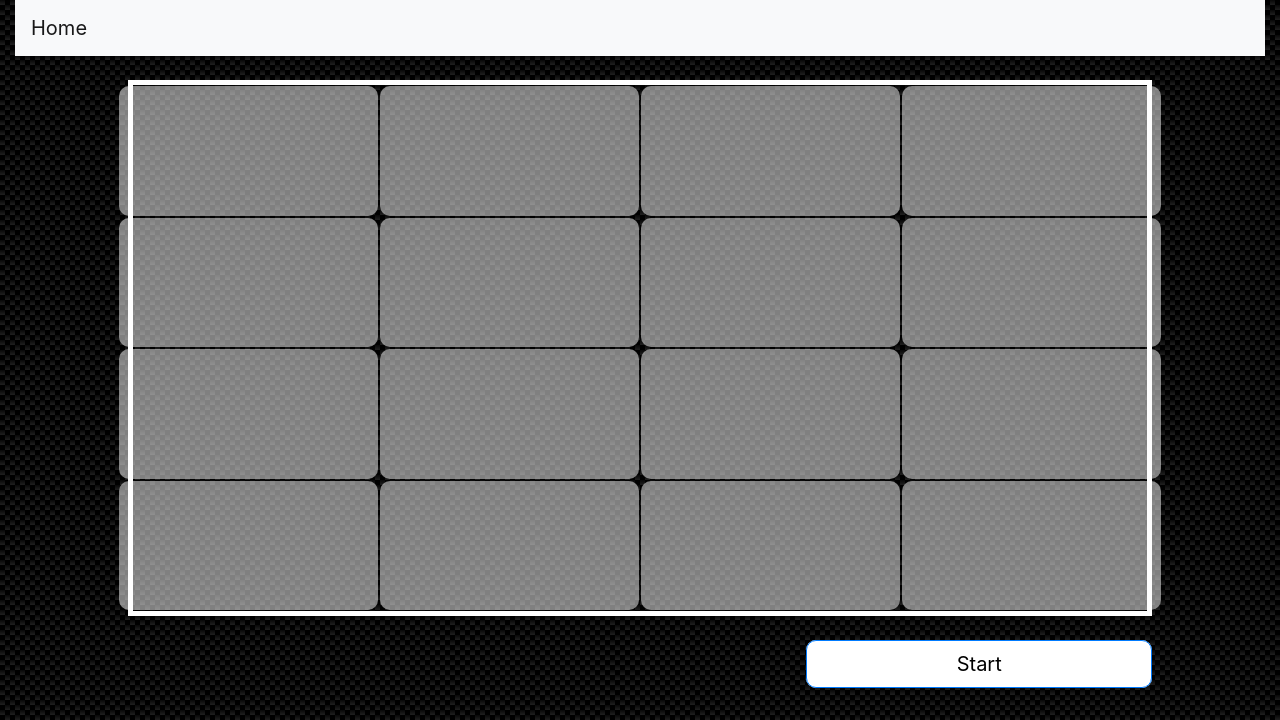
Repository: chrisrees85/memory-block
Page: medium.html
The author's editor kept a record of every edit. The page is drawn from the files as they stood at one moment, then again after the next edit.
The browser window is 1280 px wide. The pictures show the whole page.

Above is the page before.

After the next edit:
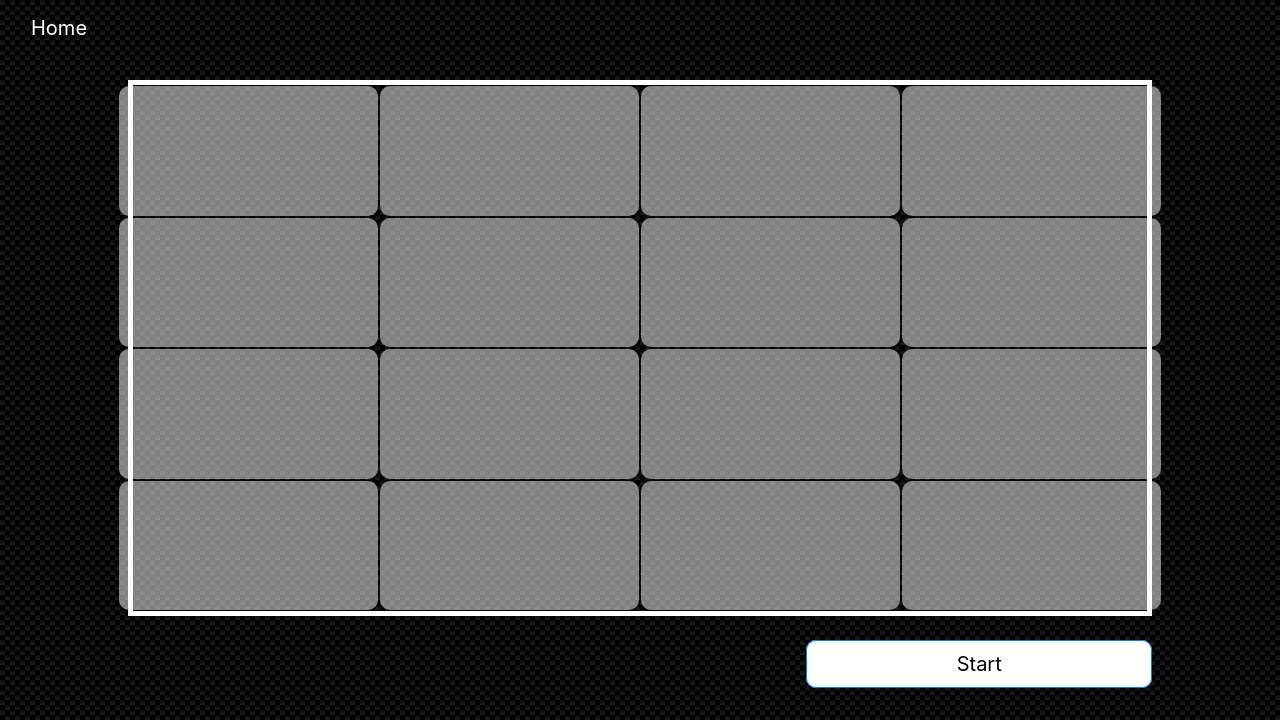
The edit:
--- a/medium.html
+++ b/medium.html
@@ -12,7 +12,7 @@
 
 <body>
     <div class="container-fluid">
-        <nav class="navbar navbar-light bg-light">
+        <nav class="navbar navbar-dark bg-dark">
             <a class="navbar-brand" href="index.html">Home</a>
         </nav>
     </div>
